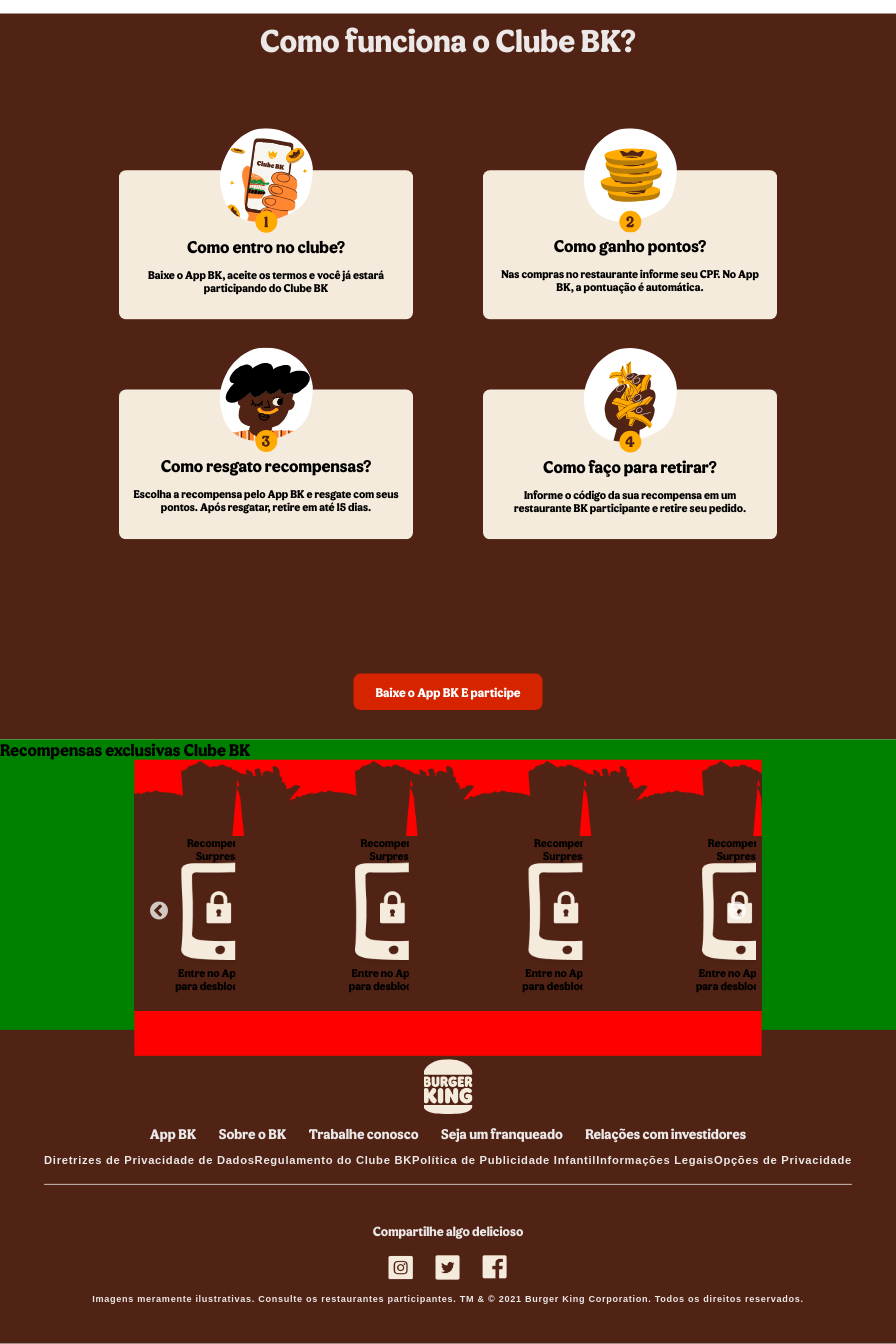
Repository: francisguitt/BurgerKing
Page: src/pages/club-bk.html
These files come from the project's save history. The page is drawn as it stood at one moment and after a run of saves; the edit follows.
The browser window is 1280 px wide. The pictures show the part of the page from y = 1625 to 3545 px (the page is 3545 px tall), at 70% of full size.

Above is the page before, as saved 2025-04-15 13:06:01.

### src/pages/club-bk.html
<!DOCTYPE html>
<html lang="en">

<head>
  <meta charset="UTF-8">
  <meta name="viewport" content="width=device-width, initial-scale=1.0">
  <link href="https://unpkg.com/aos@2.3.1/dist/aos.css" rel="stylesheet"><!-- cdn aos animation scroll-->
  <link href="https://cdn.jsdelivr.net/npm/slick-carousel@1.8.1/slick/slick.css" rel="stylesheet" />
  <!-- cdn SLICK SLIDER-->
  <link href="https://cdn.jsdelivr.net/npm/slick-carousel@1.8.1/slick/slick-theme.css" rel="stylesheet" />
  <!-- cdn SLICK SLIDER-->

  <link rel="stylesheet" href="../assets//styles/club-bk.css" />
  <link rel="stylesheet" href="../assets/styles/globals.css" />
  <title>Club Bk</title>
</head>

<body>

  <header class="header-globals">
    <nav class="nav-globals">
      <ul class="ul-globals">
        <div class="side-left-logo">
          <img src="../assets/icons/BK-logo.svg" width="80" alt="logo" />
        </div>
        <div class="side-right-routes">
          <li><a href="../index.html">inicio</a></li>
          <li><a href="./coupons.html">cupons</a></li>
          <li><a href="./menu.html">cardápio</a></li>
          <li><a href="./app-bk.html">app bk</a></li>
          <li><a href="./club-bk.html">clube bk</a></li>
          <li><a href="#">delivery</a></li>
        </div>
      </ul>
    </nav>
  </header>

  <section class="sectio1-banner-clubBk">
    <div class="section1-banner-clubBk-content">
      <img src="../assets/bannerClubBk/Banner-clube-bk-tem-recompensas-te-esperando.dsektop.png" alt="banner"
        class="banner-clubBk-img-dektop">
      <img src="../assets/bannerClubBk/Banner-clube-bk-tem-recompensas-te-esperando-mobile.png" alt="banner"
        class="banner-clubBk-img-mobile">
    </div>
  </section>
  <!-- end section 1 banner  -->

  <!-- ------------ SECTION 2 BENEFITS------------ -->
  <section class="section2-benefits"><!--benefits = beneficios-->
    <div class="section2-benefits-title">
      <h2>Vantagens e benefícios</h2>
    </div>
    <div class="section2-benefits-content">
      <div class="section2-benefits-content-box">
        <img src="../assets/clubeBkImages/1-clube-bk-vantagens-1-real-1-ponto.23e574c.svg" alt="">
        <h2>Ganhe pontos comprando no BK</h2>
        <p>Comprou, pontuou! A cada R$1 ganhe 1 ponto.</p>
      </div>
      <div class="section2-benefits-content-box">
        <img src="../assets/clubeBkImages/2-clube-bk-batata-burger-king-moedas.d66ac02.svg" alt="">
        <h2>Aproveite ofertas e descontos exclusivos</h2>
        <p>Troque seus pontos por recompensas no App BK.</p>
      </div>
      <div class="section2-benefits-content-box">
        <img src="../assets/clubeBkImages/3-clube-bk-moedas.9d79798.svg" alt="">
        <h2>Receba pontos extras em campanhas</h2>
        <p>Ganhe pontos extras em ações específicas no Clube BK.</p>
      </div>
      <div class="section2-benefits-content-box">
        <img src="../assets/clubeBkImages/4-clube-bk-aniversario.afb9863.svg" alt="">
        <h2>Ganhe um mimo de aniversário</h2>
        <p>No Clube BK, você ganha pontos em dobro no mês do seu aniversário!</p>
      </div>
    </div>
    </div>
  </section>

  <!-- ------------END SECTION 2 BENEFITS------------ -->

  <!-- ---------------SECTION 3 WORKS------------------ -->
  <section class="section3-clubBk-works">
    <div class="section3-clubBk-works-title">
      <h1>Como funciona o Clube BK?</h1>
    </div>
    <div class="section3-clubBk-works-content">
      <div data-aos="zoom-in" data-aos-duration="400" class="section3-clubBk-works-box">
        <img src="../assets/clubeBkImages/01-app-bk-icone.ffb4431.svg" alt="" />
        <h2>Como entro no clube?</h2>
        <p>Baixe o App BK, aceite os termos e você já estará participando do Clube BK</p>
      </div>
      <div data-aos="zoom-in" data-aos-duration="1000" class="section3-clubBk-works-box">
        <img src="../assets/clubeBkImages/02-clube-bk-pontos-moedas.e91c1b0.svg" alt="" />
        <h2>Como ganho pontos?</h2>
        <p>Nas compras no restaurante informe seu CPF. No App BK, a pontuação é automática.</p>
      </div>
      <div data-aos="zoom-in" data-aos-duration="1400" class="section3-clubBk-works-box">
        <img src="../assets/clubeBkImages/03-clube-bk-cliente-feliz.219f569.svg" alt="" />
        <h2>Como resgato recompensas?</h2>
        <p>Escolha a recompensa pelo App BK e resgate com seus pontos. Após resgatar, retire em até 15 dias.</p>

      </div>
      <div data-aos="zoom-in" data-aos-duration="2500" class="section3-clubBk-works-box">
        <img src="../assets/clubeBkImages/04-clube-bk-mao-batata-burger-king.c87e2c5.svg" alt="" />
        <h2>Como faço para retirar?</h2>
        <p>Informe o código da sua recompensa em um restaurante BK participante e retire seu pedido.</p>
      </div>
    </div>
    </div>
    <div class="section3-clubBk-works-btn">
      <button>
        <h2>Baixe o App BK E participe</h2>
      </button>
    </div>
  </section>
  <!-- ---------------END SECTION 3 WORKS------------------ -->


  <section class="section4-clubBk-rewards">
    <div class="section4-clubBk-rewards-title">
      <h1>Recompensas exclusivas Clube BK</h1>
    </div>

    <div class="section4-carousel-rewards-card  carousel-rewards-clubBk">
      <button type="button" class="slick-prev">&laquo;</button>
      <button type="button" class="slick-next">&raquo;</button>


        <div class="carousel-rewards-card-area">
          <div class="carousel-rewards-card-itens">
            <img src="../assets/clubeBkImages/clube-bk_card-recompensa-escondido.693e7bd.png" alt="itens"
              class="carousel-rewards-card-itens-image" />
            <div class="box-reward">
              <span>Recompensa <br> Surpresa</span>
              <img src="../assets/clubeBkImages/clube-bk-card_recompensa_cell-locker_cortina.png"
                class="box-reward-image" />
              <p class="box-rewar-subtitle">Entre no App BK <br>para desbloquear</p>
            </div>
          </div>
        </div>

        <div class="carousel-rewards-card-area">
          <div class="carousel-rewards-card-itens">
            <img src="../assets/clubeBkImages/clube-bk_card-recompensa-escondido.693e7bd.png" alt="itens"
              class="carousel-rewards-card-itens-image" />
            <div class="box-reward">
              <span>Recompensa <br> Surpresa</span>
              <img src="../assets/clubeBkImages/clube-bk-card_recompensa_cell-locker_cortina.png"
                class="box-reward-image" />
              <p>Entre no App BK <br>para desbloquear</p>
            </div>
          </div>
        </div>

        <div class="carousel-rewards-card-area">
          <div class="carousel-rewards-card-itens">
            <img src="../assets/clubeBkImages/clube-bk_card-recompensa-escondido.693e7bd.png" alt="itens"
              class="carousel-rewards-card-itens-image" />
            <div class="box-reward">
              <span>Recompensa <br> Surpresa</span>
              <img src="../assets/clubeBkImages/clube-bk-card_recompensa_cell-locker_cortina.png"
                class="box-reward-image" />
              <p>Entre no App BK <br>para desbloquear</p>
            </div>
          </div>
        </div>

        <div class="carousel-rewards-card-area">
          <div class="carousel-rewards-card-itens">
            <img src="../assets/clubeBkImages/clube-bk_card-recompensa-escondido.693e7bd.png" alt="itens"
              class="carousel-rewards-card-itens-image" />
            <div class="box-reward">
              <span>Recompensa <br> Surpresa</span>
              <img src="../assets/clubeBkImages/clube-bk-card_recompensa_cell-locker_cortina.png"
                class="box-reward-image" />
              <p>Entre no App BK <br>para desbloquear</p>
            </div>
          </div>
        </div>

        <div class="carousel-rewards-card-area">
          <div class="carousel-rewards-card-itens">
            <img src="../assets/clubeBkImages/clube-bk_card-recompensa-escondido.693e7bd.png" alt="itens"
              class="carousel-rewards-card-itens-image" />
            <div class="box-reward">
              <span>Recompensa <br> Surpresa</span>
              <img src="../assets/clubeBkImages/clube-bk-card_recompensa_cell-locker_cortina.png"
                class="box-reward-image" />
              <p>Entre no App BK <br>para desbloquear</p>
            </div>
          </div>
        </div>

        <div class="carousel-rewards-card-area">
          <div class="carousel-rewards-card-itens">
            <img src="../assets/clubeBkImages/clube-bk_card-recompensa-escondido.693e7bd.png" alt="itens"
              class="carousel-rewards-card-itens-image" />
            <div class="box-reward">
              <span>Recompensa <br> Surpresa</span>
              <img src="../assets/clubeBkImages/clube-bk-card_recompensa_cell-locker_cortina.png"
                class="box-reward-image" alt="" />
              <p>Entre no App BK <br>para desbloquear</p>
            </div>
          </div>
        </div>

        <div class="carousel-rewards-card-area">
          <div class="carousel-rewards-card-itens">
            <img src="../assets/clubeBkImages/clube-bk_card-recompensa-escondido.693e7bd.png" alt="itens"
              class="carousel-rewards-card-itens-image" />
            <div class="box-reward">
              <span>Recompensa <br> Surpresa</span>
              <img src="../assets/clubeBkImages/clube-bk-card_recompensa_cell-locker_cortina.png"
                class="box-reward-image" alt="" />
              <p>Entre no App BK <br>para desbloquear</p>
            </div>
          </div>
        </div>

        <div class="carousel-rewards-card-area">
          <div class="carousel-rewards-card-itens">
            <img src="../assets/clubeBkImages/clube-bk_card-recompensa-escondido.693e7bd.png" alt="itens"
              class="carousel-rewards-card-itens-image" />
            <div class="box-reward">
              <span>Recompensa <br> Surpresa</span>
              <img src="../assets/clubeBkImages/clube-bk-card_recompensa_cell-locker_cortina.png"
                class="box-reward-image" />
              <p>Entre no App BK <br>para desbloquear</p>
            </div>
          </div>
        </div>
      </div>
  </section>
  <!--========= END SECTION 4 REWARDS=========== -->

  <footer class="footer-home">
    <div class="brand-home">
      <img src="../assets/icons/BK-brand-white.svg" width="70" alt="brand burger king" />
    </div>
    <div class="footer-home-area">
      <div class="external-links-footer-home">
        <ul class="external-links-footer-home-content">
          <li><a href="">App BK</a></li>
          <li><a href="">Sobre o BK</a></li>
          <li><a href="">Trabalhe conosco</a></li>
          <li><a href="">Seja um franqueado</a></li>
          <li><a href="">Relações com investidores</a></li>
        </ul>

        <ul class="external-links-footer-home-content-bottom">
          <li><a href="">Diretrizes de Privacidade de Dados</a></li>
          <li><a href="">Regulamento do Clube BK</a></li>
          <li><a href="">Política de Publicidade Infantil</a></li>
          <li><a href="">Informações Legais</a></li>
          <li><a href="">Opções de Privacidade</a></li>
        </ul>
        <!-- =========linha de divisão============= -->
        <div class="dividing-line"></div>
        <!-- =========end de divisão============= -->
        <div class="socials-network-footer-home">
          <h3>Compartilhe algo delicioso</h3>
          <div class="icons-socials-network-footer-home">
            <a href="">
              <img src="../assets/icons/instagram.png" width="50" alt="instagram" />
            </a>
            <a href="">
              <img src="../assets//icons/twitter.png" width="50" alt="twiter" />
            </a>
            <a href="">
              <img src="../assets/icons/facebook.png" width="50" alt="facebook" />
            </a>
          </div>
          <h4>
            Imagens meramente ilustrativas. Consulte os restaurantes participantes. TM & © 2021 Burger King
            Corporation.
            Todos os direitos reservados.
          </h4>
        </div>
      </div>
    </div>
  </footer>
  <!-- =======END FOOTER======== -->
  <script src="https://cdnjs.cloudflare.com/ajax/libs/jquery/3.3.1/jquery.min.js"></script> <!-- SLICK SLIDER-->
  <script src="https://cdn.jsdelivr.net/npm/slick-carousel@1.8.1/slick/slick.min.js"></script><!--  SLICK SLIDER-->
  <script src="https://unpkg.com/aos@2.3.1/dist/aos.js"></script><!-- AOS ANIMATION SCROLL-->
  <script>
    $(document).ready(function () {
      $('.carousel-rewards-clubBk').slick({
        autoplay: false,
        autoplaySpeed: 3000,
        dots: false,
        arrows: true,
        infinite: true,
        speed: 500,
        slidesToShow: 2,
      });
    });


    AOS.init();/* init aos scroll*/
  </script>
</body>

</html>

### src/assets/styles/club-bk.css
.section1-banner-clubBk-content img {
    width: 100%;
    cursor: pointer;
}




/* ==============SECTION 2 BENEFITS============== */
.section2-benefits-title {
    margin: 5rem 0;
    /* Mantém espaçamento vertical */
    text-align: center;
    color: var(--text-color1);
}

.section2-benefits-title h2 {
    font-size: 45px;
}

/* Ajuste o espaçamento entre os cards */
.section2-benefits-content {
    display: grid;
    grid-template-columns: repeat(auto-fit, minmax(200px, 1fr));
    /* 1fr para um ajuste mais fluido */
    gap: 2rem;
    /* Espaçamento reduzido entre os cards */
    width: 100%;
    max-width: 1280px;
    margin: auto;
    padding: 5px;
    margin-bottom: 10rem;
    /* Reduzido para evitar espaçamento exagerado */
}

/* Estilo dos cards */
.section2-benefits-content-box {
    display: flex;
    justify-content: center;
    /* Melhor alinhamento geral */
    align-items: center;
    flex-direction: column;
    width: 100%;
    /* Ajusta o tamanho para se alinhar à grade */
    height: auto;
    /* Remove o tamanho fixo para evitar esticar desnecessariamente */
    overflow: hidden;
    background: var(--header-color);
    border-radius: 10px;
    padding: 20px;
    /* Adiciona espaçamento interno */
}

/* Imagem dentro do card */
.section2-benefits-content-box img {
    width: 60%;
    margin: 2rem 0;
    /* Reduz o espaçamento vertical */
}

/* Título dentro card */
.section2-benefits-content-box h2 {
    font-size: 24px;
    /* Ajustado para um tamanho mais fluido */
    text-align: center;
    color: var(--text-color1);
}

/* Texto descritivo no card */
.section2-benefits-content-box p {
    text-align: center;
    width: 100%;
    max-width: 200px;
    margin: 5.5rem 0;
    /* Remove a margem negativa e ajusta o espaçamento */
    font-family: "Roboto", sans-serif;
    font-weight: 600;
}

/* ============== END SECTION 2 BENEFITS============== */

/* ================SECTION 3 WORKS============== */
.section3-clubBk-works {
    margin-bottom: 5.5rem;
    padding: 10px;
    background: var(--secundary-color);


}


.section3-clubBk-works-title h1 {
    color: var(--text-color2);
    text-align: center;
    font-size: 45px;
    /* margin-bottom: -5rem; */


}

.section3-clubBk-works-content {
    display: grid;
    grid-template-columns: repeat(auto-fit, minmax(400px, 4fr));
    gap: 100px;
    width: 100%;
    max-width: 1366px;
    margin: auto;
    text-align: center;
    padding: 10rem;
}

.section3-clubBk-works-box {
    background-color: var(--header-color);
    width: 100%;
    padding: 20px;
    border-radius: 10px;
}

.section3-clubBk-works-box img {
    width: 35%;
    position: relative;
    top: -5rem;
}

.section3-clubBk-works-box h2 {
    margin-top: -5rem;


}

.section3-clubBk-works-box p {
    margin: 1rem 0;
    max-width: 400px;
    width: 100%;
}


.section3-clubBk-works-btn {
    display: flex;
    justify-content: center;
    align-items: center;
    text-align: center;
    margin: auto;
}

.section3-clubBk-works-btn button {
    padding: 15px;
    outline: none;
    border: none;
    width: 270px;
    border-radius: 10px;
    margin: 2rem 0;
    cursor: pointer;
    background-color: var(--primary-color);
}

.section3-clubBk-works-btn h2:hover {
    color: rgba(240, 248, 255, 0.838);
}

.section3-clubBk-works-btn h2 {
    font-size: 18px;
    color: #fff;
}


/* ================END SECTION 3 WORKS============== */


/* ====================SECTION 4 REWARDS============== */

.section4-clubBk-rewards {
    background-color: green;
    margin-top: -5.5rem;


}

.section4-carousel-rewards-card {
    display: flex;

    background-color: red;
     max-width: 1336px;
    width: 70%;
    margin: auto;
    gap: 1rem;
}

.carousel-rewards-card-area {
    display: flex;
    justify-content: center;
    align-items: center;
    gap: 1rem;
    max-width: 1280px;
    width: 100%;
    margin-left: -200px;
}


.carousel-rewards-card-itens {
    /* display: flex;
    justify-content: center;
    align-items: center;
    flex-direction: column; */

}

.box-reward {
    position: relative;
    top: -4rem;
    display: flex;
    flex-direction: column;
    align-items: center;
    text-align: center;
    min-height: 250px;
    /* width: 270px; */

    border-radius: 10px;
    background-color: var(--secundary-color);

}


/* ================arows================ */
.slick-prev,
.slick-next {
    z-index: 1000;
    cursor: pointer;
}

.slick-prev {
    left: 20px;
}

.slick-next {
    right: 30px;

}

.slick-prev:before,
.slick-next:before {
    font-family: "slick";
    font-size: 30px;
    line-height: 1;
    color: white;
}

/* ================end arows================ */


/* ====================END SECTION 4 REAWARDS ================ */








/* ================= Banners Hidden ================ */
.banner-clubBk-img-dektop {
    display: block !important;
}

.banner-clubBk-img-mobile {
    display: none !important;
}




/* ======= Media Queries ======== */
@media (max-width: 768px) {
    .banner-clubBk-img-mobile {
        display: block !important;
    }

    .banner-clubBk-img-dektop {
        display: none !important;
    }

    .section2-benefits-title h2 {
        font-size: 36px;
        /* Ajusta tamanho do título para telas menores */
    }

    .section2-benefits-content {
        grid-template-columns: 1fr;
        /* Empilha os cards em uma única coluna */
        gap: 1.5rem;
        /* Reduz o espaçamento entre os cards */
    }

    .section2-benefits-content-box {
        padding: 15px;
        /* Ajusta o padding para telas menores */
    }


    /*==================== section 3 works==============  */

    .section3-clubBk-works-title h1 {
        margin-bottom: 2rem;
        /* Aumenta o espaçamento abaixo do título */
        font-size: 35px;
        /* Ajusta o tamanho do título para telas menores */
    }

    .section3-clubBk-works-content {
        grid-template-columns: 1fr;
        /* Cada card ocupa 100% da largura */
        gap: 20px;
        /* Reduz o espaçamento entre os cards */
        padding: 2rem;
        /* Ajusta o padding geral para telas menores */
    }

    .section3-clubBk-works-box {
        margin: 0 auto;
        /* Centraliza o card horizontalmente */
        width: 90%;
        /* Reduz a largura dos cards para caber melhor na tela */
    }

    .section3-clubBk-works-box img {
        width: 30%;
        /* Ajusta o tamanho da imagem para telas pequenas */
        top: -2rem;
        /* Ajusta a posição da imagem */
    }

    /* ====================rewards ============== */
    .section3-clubBk-works-box h2 {
        margin-top: 0;
        /* Remove o espaçamento negativo para evitar cortes */
    }


    /* ======section 4 rewards=============== */

    .section4-carousel-rewards-card {
        padding: 100px;
        padding: 1rem;
        width: 100%;
    }

    .carousel-rewards-card-area {
        padding: 30px;
    }

    .carousel-rewards-card-itens {
        display: flex;
        flex-direction: column;
        justify-content: center;
        align-items: center;
        text-align: center;
    }

    .carousel-rewards-card-itens-image {
        width: 90%;

    }


    .box-reward {
        position: relative;
        top: -4rem;
        display: flex;
        flex-direction: column;
        align-items: center;
        text-align: center;
        min-height: 200px;
        width: 120%;
        border-radius: 10px;
        background-color: var(--secundary-color);

    }

    .box-reward-image {
        width: 50%;
    }
}

Loaded but not shown: src/assets/styles/globals.css (236 lines, source omitted)

After the next 2 saves:
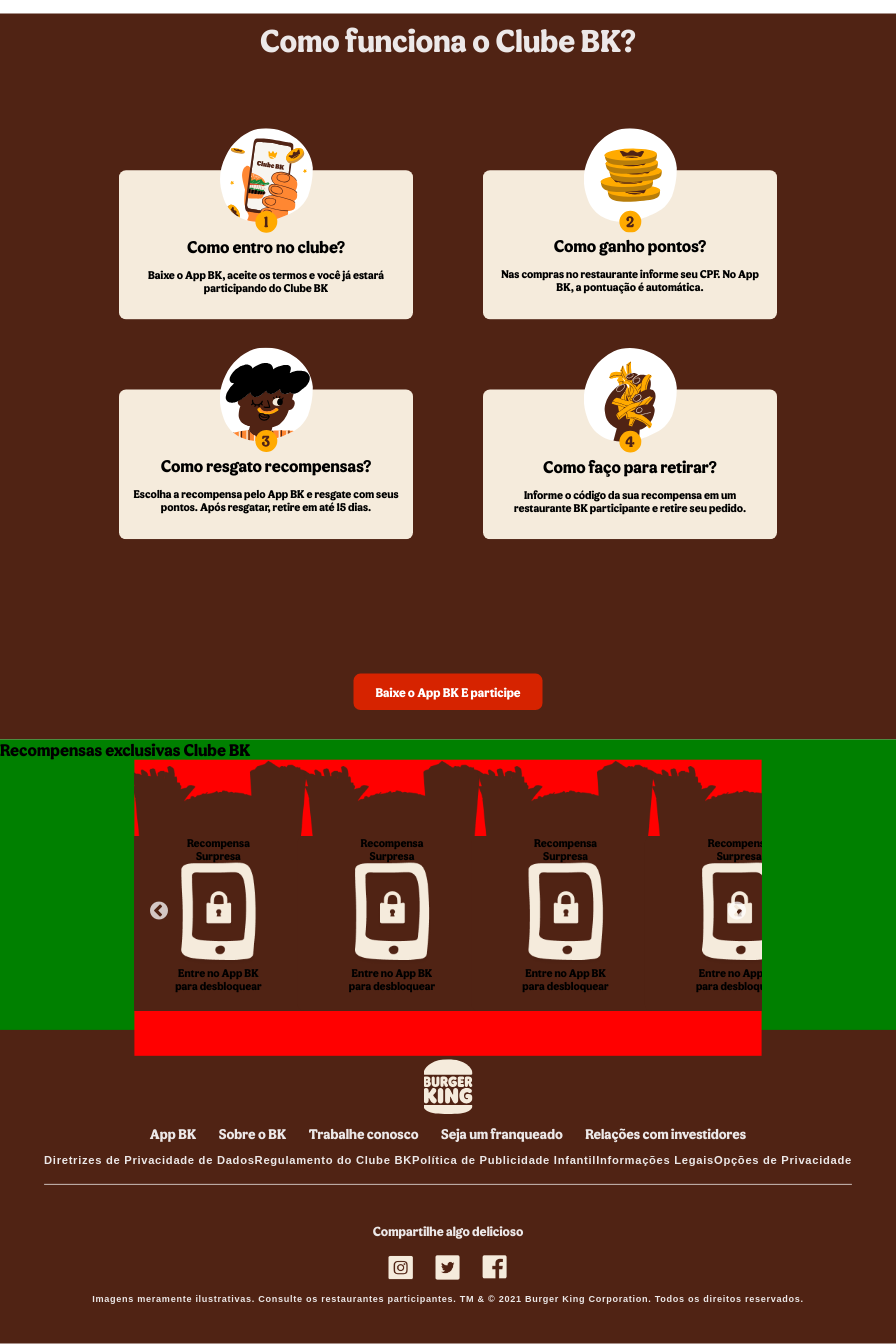
The 2 saves are shown as one change because they came seconds apart.
The last was saved 7 s later.
--- a/src/assets/styles/club-bk.css
+++ b/src/assets/styles/club-bk.css
@@ -198,10 +198,10 @@
 
 
 .carousel-rewards-card-itens {
-    /* display: flex;
+    display: flex;
     justify-content: center;
     align-items: center;
-    flex-direction: column; */
+    flex-direction: column;
 
 }
 
@@ -213,7 +213,7 @@
     align-items: center;
     text-align: center;
     min-height: 250px;
-    /* width: 270px; */
+    width: 270px;
 
     border-radius: 10px;
     background-color: var(--secundary-color);
